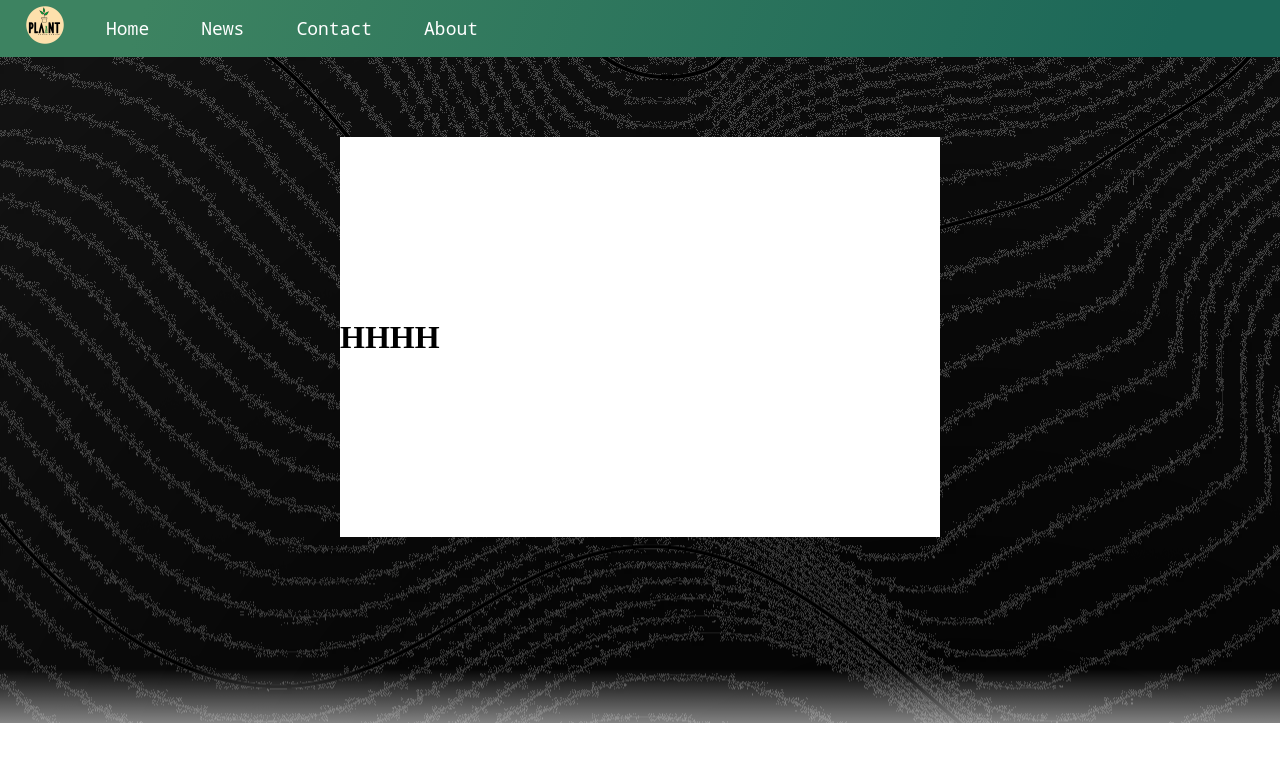
Repository: Flexo874/ISITECH-HTML-CSS
Page: about.html
An editor plug-in stored every save of this project. The page is shown before and after the next save, followed by the edit.
The browser window is 1280 px wide. The pictures show the whole page.

Above is the page before, as saved 2024-01-04 16:47:16.

After the next save:
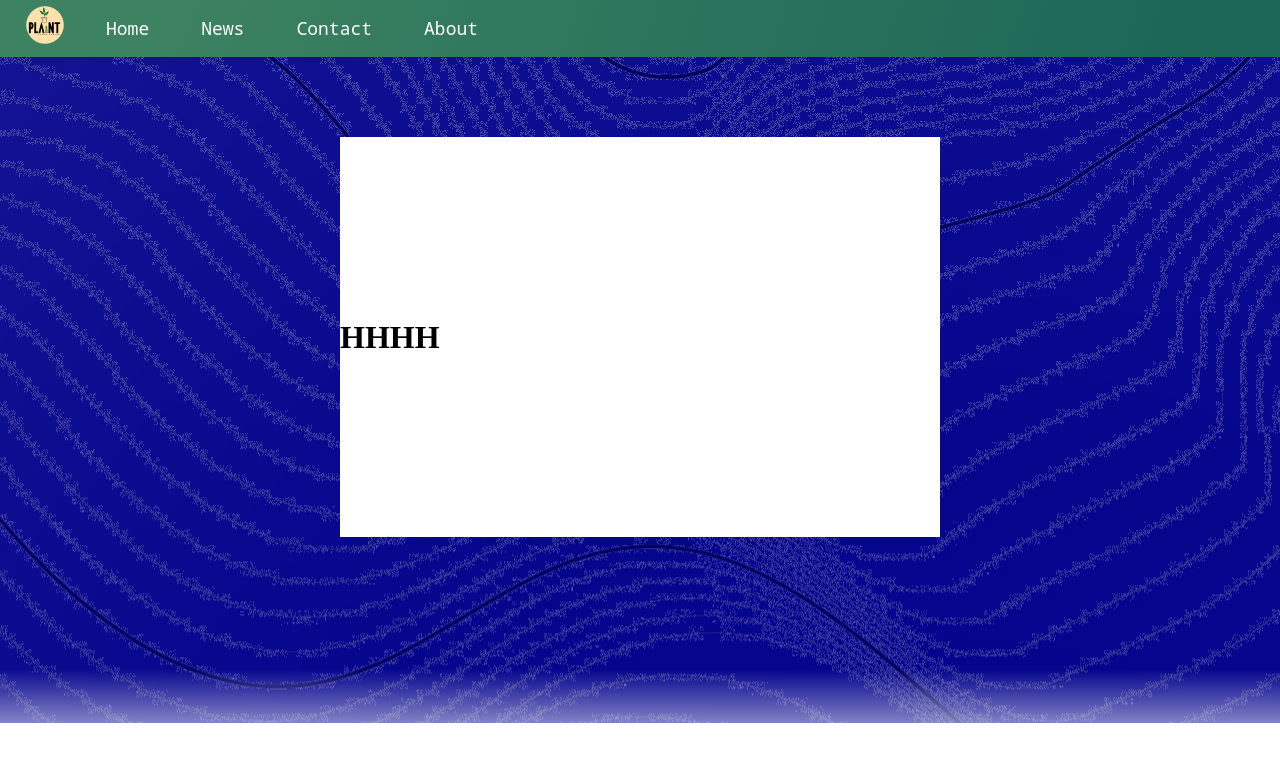
Saved 30 s later.
--- a/about.css
+++ b/about.css
@@ -58,7 +58,7 @@
     justify-content: center;
     display: flex;
     vertical-align: middle;
-    background-color:black;
+    background-color:darkblue;
   }
 
   .plant-img > .fade {
